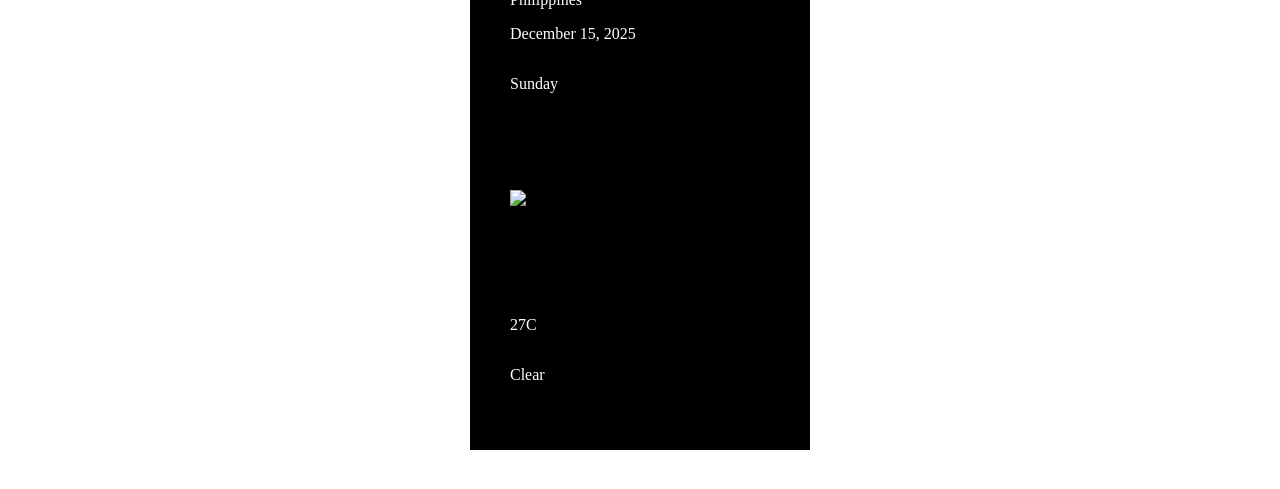
Repository: dmpelaez/weatherApp
Page: WeatherApp.html
These files come from the project's save history. The page is drawn as it stood at one moment and after the next save; the edit follows.
The browser window is 1280 px wide. The pictures show the whole page.
The page's requests for data from a server got no answer.

Above is the page before, as saved 2025-12-14 12:12:29.

After the next save:
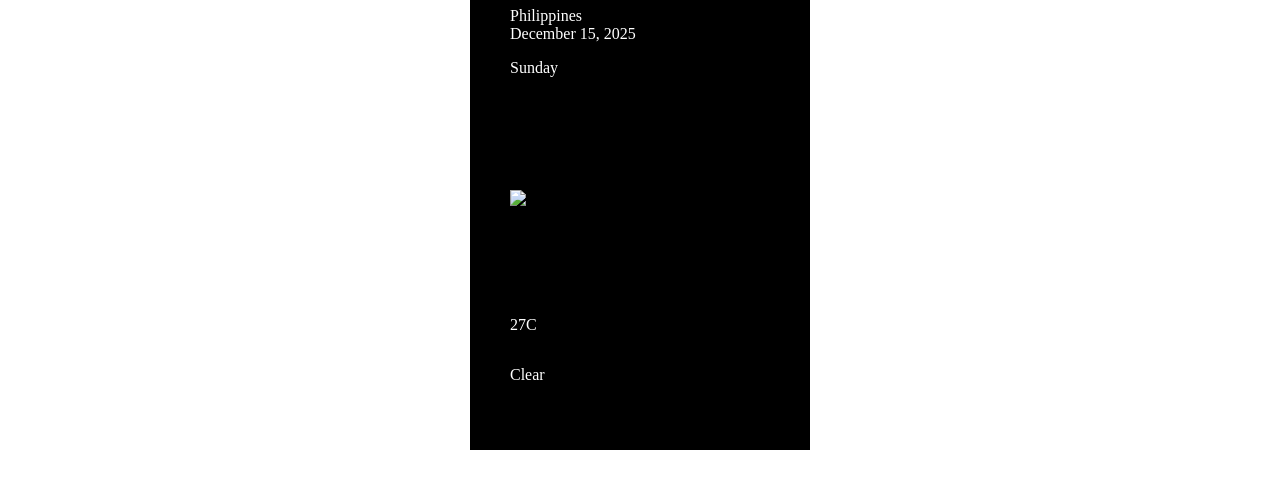
Saved 14 s later.
--- a/WeatherApp.css
+++ b/WeatherApp.css
@@ -33,3 +33,6 @@ display: flex;
 .country-name {
   margin: 0;
 }
+.todaydate {
+  margin: 0;
+}
